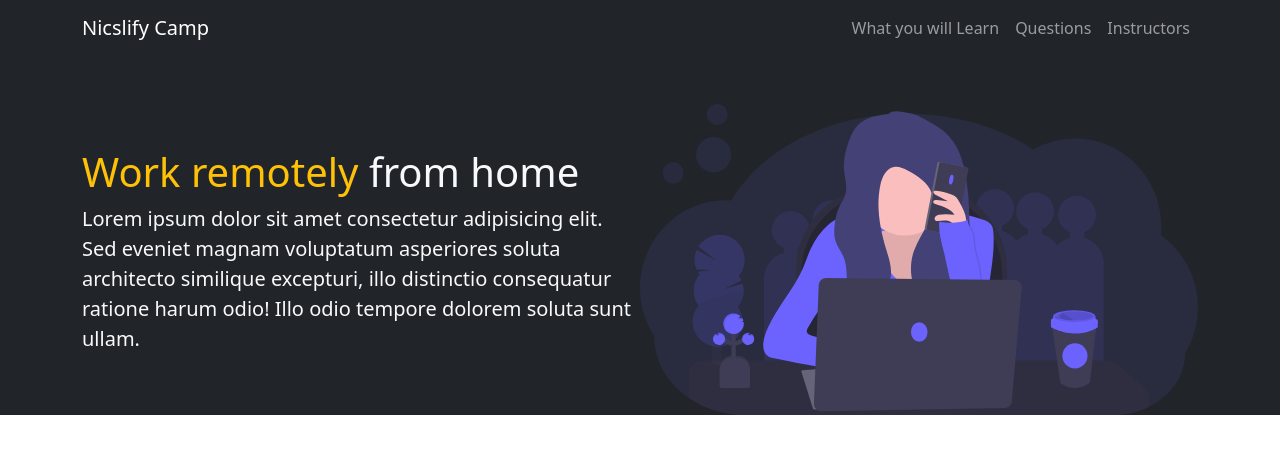
Repository: Eugene44-hub/enrollment-site
Page: index.html
These files come from the project's save history. The page is drawn as it stood at one moment and after the next save; the edit follows.
The browser window is 1280 px wide. The pictures show the whole page.

Above is the page before, as saved 2021-10-19 18:13:26.

After the next save:
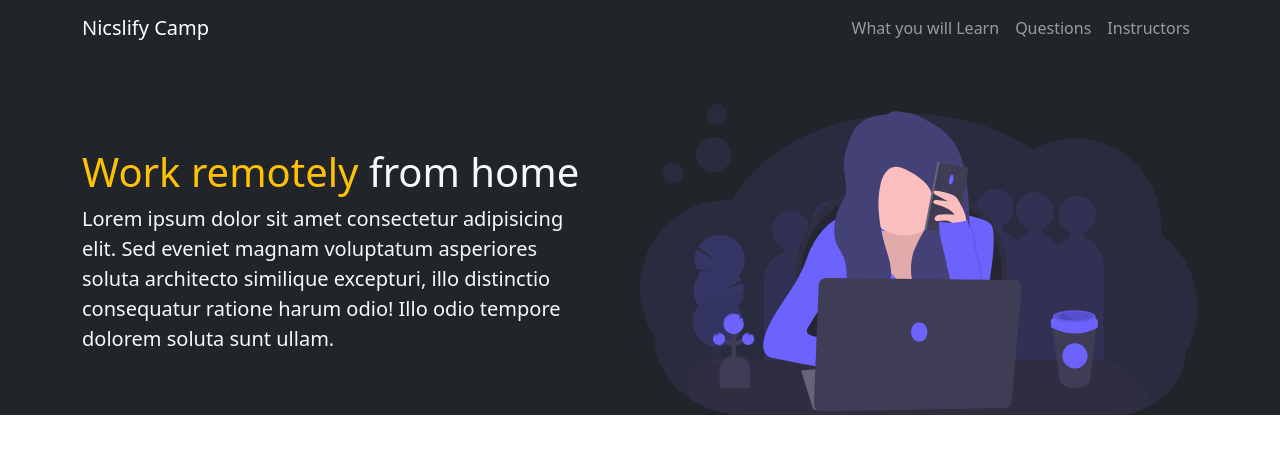
Saved 6 s later.
--- a/index.html
+++ b/index.html
@@ -43,7 +43,7 @@
     <section class="bg-dark text-light text-center text-sm-start">
         <div class="container">
             <div class="d-md-flex pt-5 align-items-center justify-content-between">
-                <div class="w-20">
+                <div class="w-20" style="width: 45%;">
                     <div class="h1 "><span class="text-warning">Work remotely</span> from home</div>
                     <p class="lead">Lorem ipsum dolor sit amet consectetur adipisicing elit. Sed eveniet magnam voluptatum asperiores soluta architecto similique excepturi, illo distinctio consequatur ratione harum odio! Illo odio tempore dolorem soluta sunt ullam.</p>
                 </div>

After the save that followed:
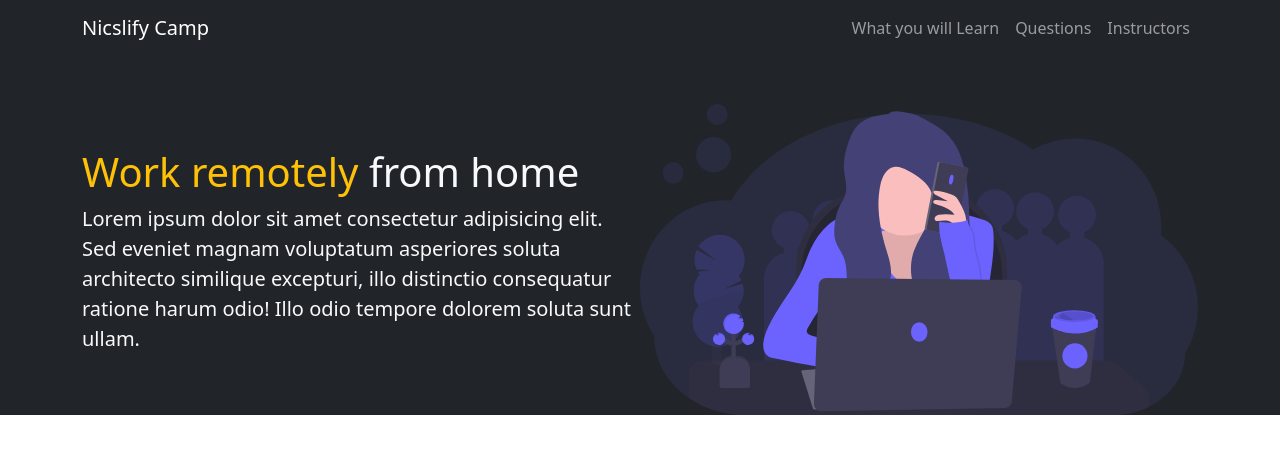
Saved 11 s later.
--- a/index.html
+++ b/index.html
@@ -43,7 +43,7 @@
     <section class="bg-dark text-light text-center text-sm-start">
         <div class="container">
             <div class="d-md-flex pt-5 align-items-center justify-content-between">
-                <div class="w-20" style="width: 45%;">
+                <div class="w-20">
                     <div class="h1 "><span class="text-warning">Work remotely</span> from home</div>
                     <p class="lead">Lorem ipsum dolor sit amet consectetur adipisicing elit. Sed eveniet magnam voluptatum asperiores soluta architecto similique excepturi, illo distinctio consequatur ratione harum odio! Illo odio tempore dolorem soluta sunt ullam.</p>
                 </div>
